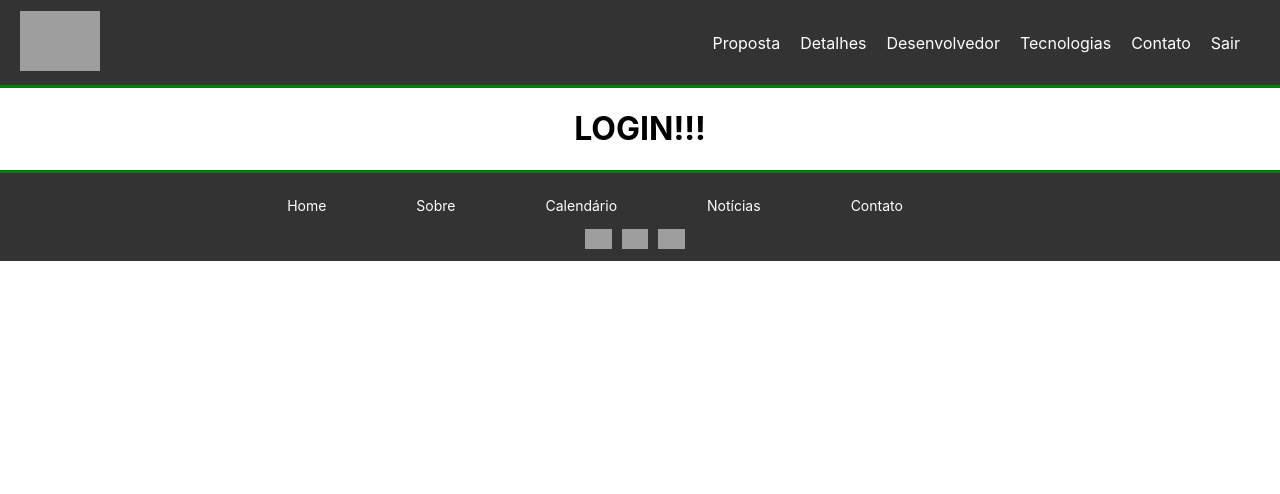
Repository: gustavo-eng/TheFightDay
Page: /home (app in Client/frontend/)
These files come from the project's save history. The page is drawn as it stood at one moment and after the next save; the edit follows.
The browser window is 1280 px wide. The pictures show the whole page.
Pictures or frames that could not be fetched are drawn as grey boxes. The project was rebuilt for these pictures with package versions that can differ from the ones it lists, and the page was loaded fresh each time. Also part of the build but not shown: Client/frontend/src/pages/Home.js.

Above is the page before, as saved 2023-06-03 23:23:49.

After the next save:
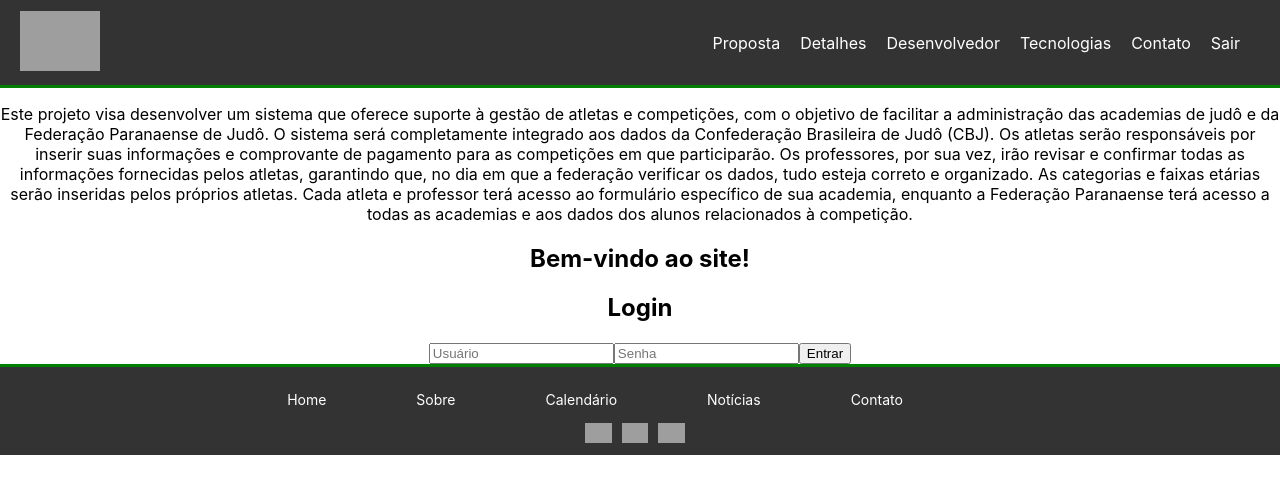
Saved 103 s later.
--- a/Client/frontend/src/pages/Login.js
+++ b/Client/frontend/src/pages/Login.js
@@ -36,8 +36,28 @@ const LoginScreen  = (props) => {
 
     return (
         <>
-            <h1>LOGIN!!!</h1>
+            <div class="container_proposta">
 
+                <p class= "p_proposta">
+                                Este projeto visa desenvolver um sistema que oferece suporte à gestão de atletas e competições, com o objetivo de facilitar a administração das academias de judô e da Federação Paranaense de Judô. O sistema será completamente integrado aos dados da Confederação Brasileira de Judô (CBJ). Os atletas serão responsáveis por inserir suas informações e comprovante de pagamento para as competições em que participarão. Os professores, por sua vez, irão revisar e confirmar todas as informações fornecidas pelos atletas, garantindo que, no dia em que a federação verificar os dados, tudo esteja correto e organizado. As categorias e faixas etárias serão inseridas pelos próprios atletas. Cada atleta e professor terá acesso ao formulário específico de sua academia, enquanto a Federação Paranaense terá acesso a todas as academias e aos dados dos alunos relacionados à competição.
+                </p>
+                <h2 class="proposta_title">Bem-vindo ao site!</h2>
+                <div class="container_login">
+                    <div class="login-form">
+
+                        <h2> Login  </h2>
+                        <div class="container_form">
+                                <form>
+
+                                    <input type="text" placeholder="Usuário" name="user" required />
+                                    <input type="password" placeholder="Senha" name="password" required />
+                                    <button type="submit">Entrar</button>
+
+                                </form>
+                        </div>
+                    </div>
+                </div>
+            </div>
         </>
     )
 }
